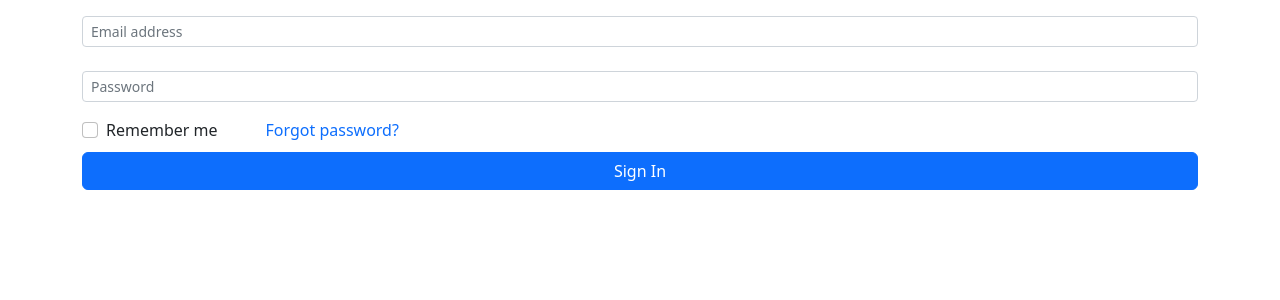
Repository: NPhanA/React2022
Page: / (app in Day 03-React/exercise/)
The author's editor kept a copy of each file at every save. The page is drawn from the files as they stood at one save, then again after the next save.
The browser window is 1280 px wide. The pictures show the whole page.
The project was rebuilt for these pictures with package versions that can differ from the ones it lists, and the page was loaded fresh each time. Also part of the build but not shown: Day 03-React/exercise/src/App.css, Day 03-React/exercise/src/App.js, Day 03-React/exercise/src/Components/UserAgent.js, Day 03-React/exercise/src/Components/ProfileCard.js.

Above is the page before, as saved 2022-07-26 22:19:18.

### Day 03-React/exercise/src/index.js
import React from 'react';
import ReactDOM from 'react-dom/client';
import './index.css';
import App from './App';
import reportWebVitals from './reportWebVitals';
import 'bootstrap/dist/css/bootstrap.min.css';
import {createRoot} from 'react-dom/client';
import UserAgent from './Components/UserAgent';
import App1 from './Components/ProfileCard';
import ProfileCard from './Components/ProfileCard';
import SignInForm from './Components/SignInForm';
const container = document.getElementById('root');
const root = createRoot(container);
root.render(<SignInForm />);

### Day 03-React/exercise/src/Components/SignInForm.js
function SignInForm() {
    return (
        <div className="container ">
            <div className="row justify-content-center ">
                <div className="col-xs-12 col-xxl-4">
                <form className="form-inline">
                    <div className="col-xs-12 col-xxl-12">
                        <input type="email" className="form-control form-control-sm mt-3 mb-4" placeholder="Email address" required></input>
                        <input type="password" className="form-control form-control-sm" placeholder="Password" required></input>
                    </div>
                    <div class="form-check mt-3 ">
                        <input className="form-check-input" type="checkbox" value="" id="flexCheckDefault"></input>
                        <label class="form-check-label" for="flexCheckDefault">
                            Remember me
                        </label>
                        <span className="text-primary ms-5">Forgot password?</span>
                    </div>
                    <div class="d-grid gap-2">
                        <button class="btn btn-primary mt-2" type="button">Sign In</button>
                    </div>
                </form>
                </div>
            </div>
        </div>
    );
}

export default SignInForm;

Loaded but not shown: Day 03-React/exercise/public/index.html (common file); Day 03-React/exercise/src/index.css (common file); Day 03-React/exercise/src/reportWebVitals.js (common file)

After the next save:
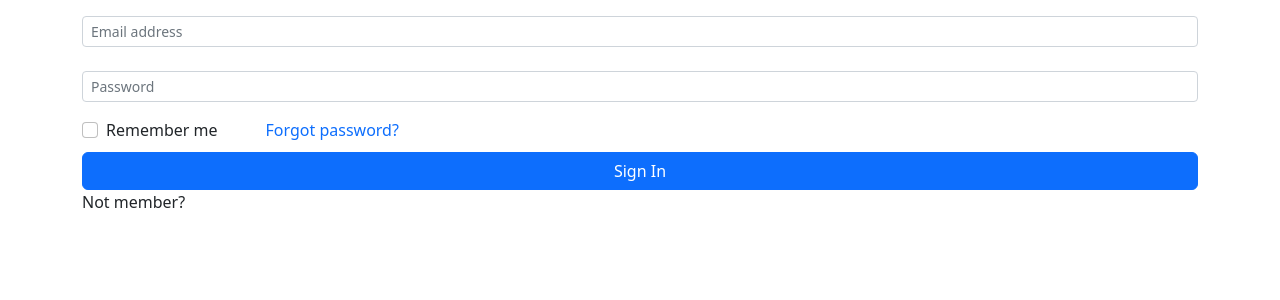
Saved 8 min 17 s later.
--- a/Day 03-React/exercise/src/Components/SignInForm.js
+++ b/Day 03-React/exercise/src/Components/SignInForm.js
@@ -18,6 +18,7 @@ function SignInForm() {
                     <div class="d-grid gap-2">
                         <button class="btn btn-primary mt-2" type="button">Sign In</button>
                     </div>
+                    <p>Not member?</p>
                 </form>
                 </div>
             </div>
